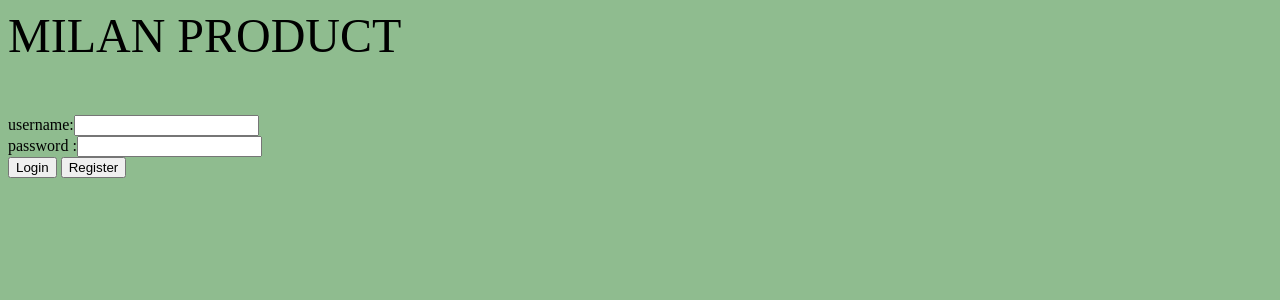
Repository: srinivaskommu/java-training
Page: http://localhost/milan-app/milanHome.jsp
An editor plug-in stored every save of this project. The page is shown before and after the next save, followed by the edit.
The browser window is 1280 px wide. The pictures show the whole page.
The page is served by Tomcat 9. Nobody is signed in. The application's start-up code is not run.

Above is the page before, as saved 2015-07-27 00:55:38.

After the next save:
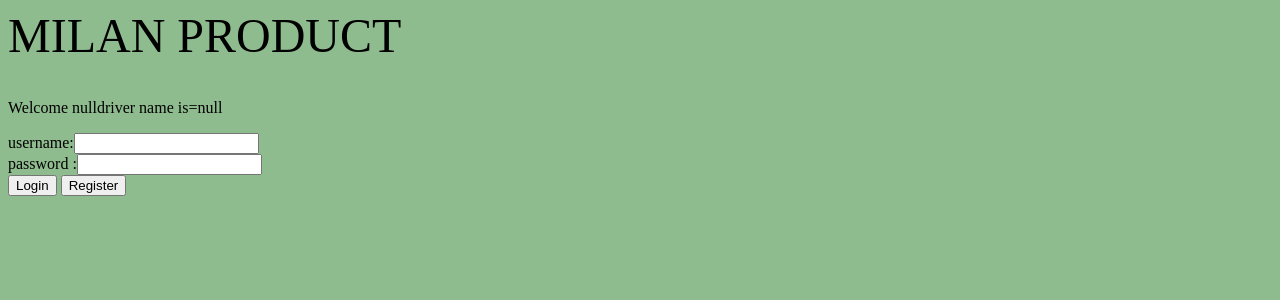
Saved 2 min 8 s later.
--- a/milan-app/src/main/webapp/milanHome.jsp
+++ b/milan-app/src/main/webapp/milanHome.jsp
@@ -24,6 +24,13 @@ body {
 		<br> <br> <br>
 		<table style="width: 100%">
 
+		<%
+out.print("Welcome "+request.getParameter("uname"));
+
+String driver=config.getInitParameter("dname");
+out.print("driver name is="+driver);
+%>
+
 			<p>
 				username:<input type="text" name="username" /><br> password :<input
 					type="password" name="password" /><br> <input type="submit"
